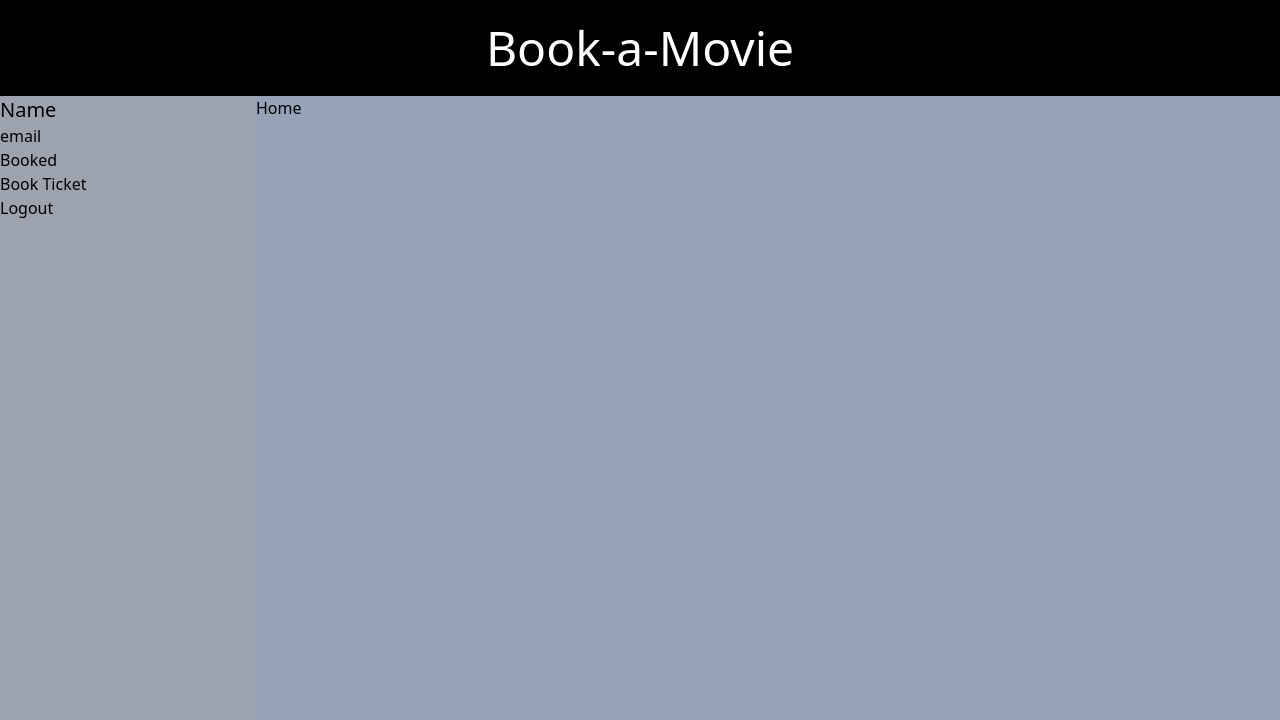
Repository: BhumilModi/movie-booking-app-assignment
Page: /Home
An editor plug-in stored every save of this project. The page is shown before and after the next save, followed by the edit.
The browser window is 1280 px wide. The pictures show the whole page.
The project was rebuilt for these pictures with package versions that can differ from the ones it lists, and the page was loaded fresh each time. Also part of the build but not shown: src/App.css, src/components/Login.jsx, src/components/SignUp.jsx.

Above is the page before, as saved 2022-11-29 19:11:26.

### src/App.js
import { BrowserRouter, Route, Routes } from 'react-router-dom';
import './App.css';
import Home from './components/Home';
import Login from './components/Login';
import SignUp from './components/SignUp';
function App() {

  return (
    <BrowserRouter>
      <Routes>
        <Route path='/' element={<Login />} />
        <Route path='/signUp' element={<SignUp />} />
        <Route path='/Home' element={<Home />} />
      </Routes>
    </BrowserRouter>
  );
}

export default App;

### src/components/Home.jsx
import React from "react";
import Navbar from "./Navbar";
import Sidebar from "./Sidebar";

function Home() {
  return (
    <div className="h-screen flex flex-col">
      <Navbar />
      <div className="flex flex-1 bg-slate-400">
        <Sidebar />
        Home
      </div>
    </div>
  );
}

export default Home;

### src/components/Navbar.jsx
import React from "react";

function Navbar() {
  return (
    <div className="h-24 bg-black flex justify-center items-center w-full">
      <div className="text-white text-[48px]">Book-a-Movie</div>
    </div>
  );
}

export default Navbar;

### src/components/Sidebar.jsx
import React from "react";

function Sidebar() {
  return (
    <div className="w-1/5 h-full bg-gray-400">
      <div className="text-xl ">Name</div>
      <div>email</div>
      <div>Booked</div>
      <div>Book Ticket</div>
      <div>Logout</div>
    </div>
  );
}

export default Sidebar;

Loaded but not shown: public/index.html (common file); src/index.js (common file); src/index.css (common file); tailwind.config.js (common file)

After the next save:
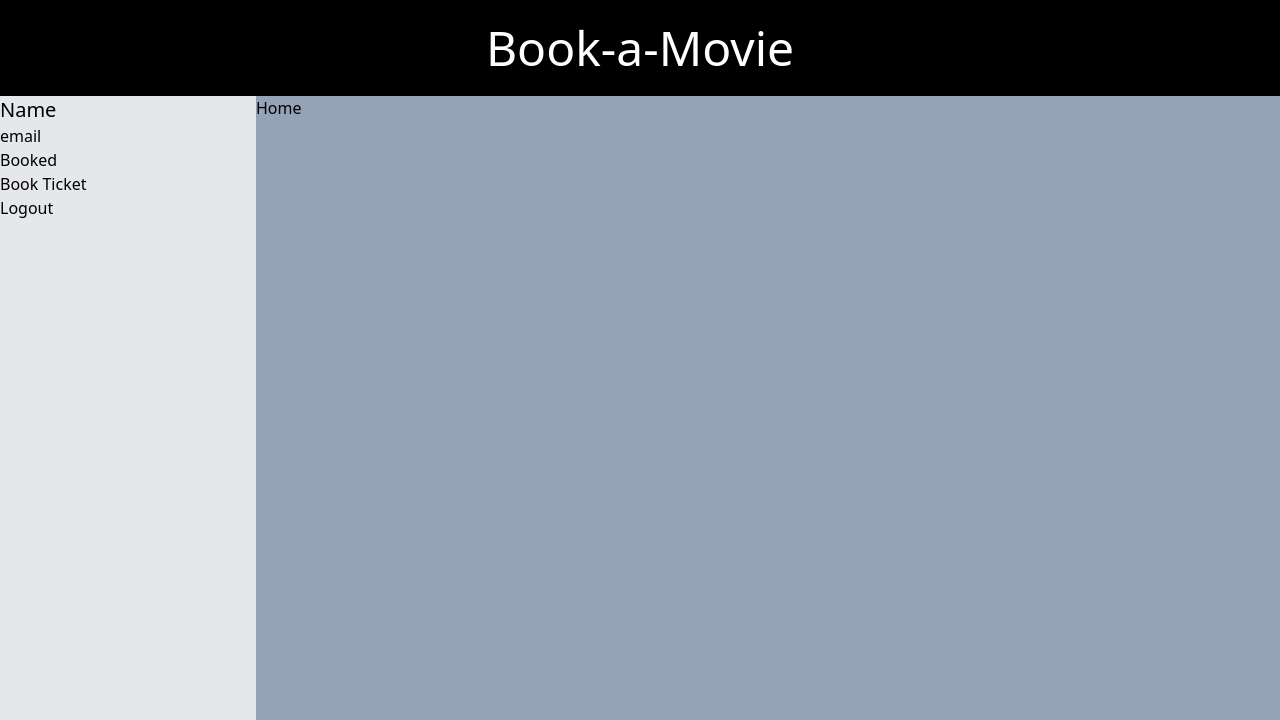
Saved 6 s later.
--- a/src/components/Sidebar.jsx
+++ b/src/components/Sidebar.jsx
@@ -2,7 +2,7 @@ import React from "react";
 
 function Sidebar() {
   return (
-    <div className="w-1/5 h-full bg-gray-400">
+    <div className="w-1/5 h-full bg-gray-200">
       <div className="text-xl ">Name</div>
       <div>email</div>
       <div>Booked</div>
